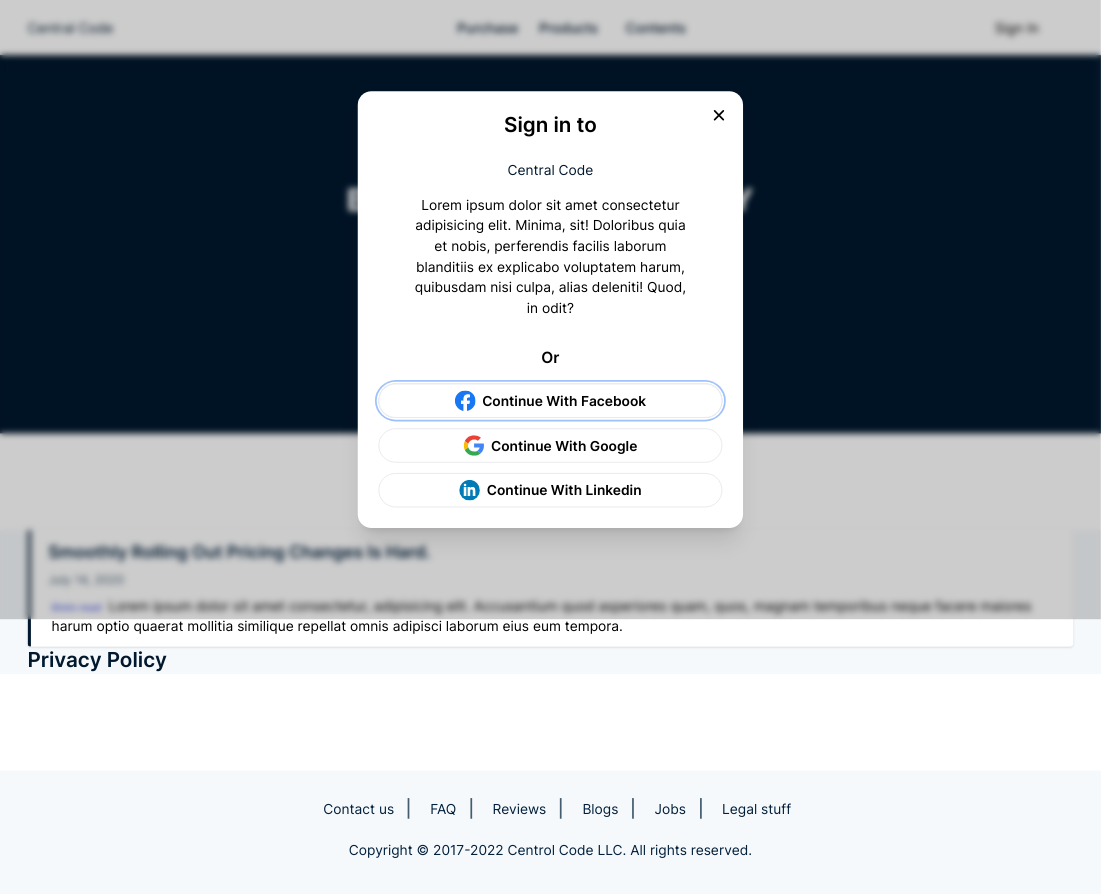
Repository: om1ars/Xjkey
Page: /privacy
These files come from the project's save history. The page is drawn as it stood at one moment and after the next save; the edit follows.
The browser window is 1280 px wide. The pictures show the whole page, at 86% of full size.
The project was rebuilt for these pictures with package versions that can differ from the ones it lists, and the page was loaded fresh each time. The framework's server and built-in components were replaced by stand-ins that run in the browser. Also part of the build but not shown: next.config.js.

Above is the page before, as saved 2022-03-20 23:36:25.

### src/pages/_app.tsx
import "@/css/fonts.css";
// Import Swiper styles
import "swiper/css";
import "swiper/css/free-mode";
import "swiper/css/scrollbar";
import "swiper/css/navigation";
//
import "@/css/main.scss";
import type { AppProps } from "next/app";
import { ThemeProvider } from "next-themes";
import { Header } from "@/components/Header";
import DefaultLayout from "@/layouts/DefaultLayout";
import Head from "next/head";

function MyApp({ Component, pageProps }: AppProps) {
  return (
    <>
      <Head>
        <link
          rel="stylesheet"
          href="https://cdn.jsdelivr.net/gh/devicons/devicon@latest/devicon.min.css"
        />
      </Head>
      <ThemeProvider attribute="class" defaultTheme="system">
        <DefaultLayout>
          <Component {...pageProps} />
        </DefaultLayout>
      </ThemeProvider>
    </>
  );
}

export default MyApp;

### src/pages/_document.tsx
import NextDocument, {
  Html,
  Head,
  Main,
  NextScript,
  DocumentContext,
} from 'next/document';

export default class Document extends NextDocument {
  static async getInitialProps(ctx: DocumentContext) {
    const initialProps = await NextDocument.getInitialProps(ctx);
    return { ...initialProps };
  }

  render() {
    return (
      <Html lang='en' className='dark'>
        <Head>
          <link href='/favicons/site.webmanifest' rel='manifest' />
          <link href='/favicons/favicon.ico' rel='shortcut icon' />
          <link
            href='/favicons/apple-touch-icon.png'
            rel='apple-touch-icon'
            sizes='180x180'
          />
          <link
            href='/favicons/favicon-32x32.png'
            rel='icon'
            sizes='32x32'
            type='image/png'
          />
          <link
            href='/favicons/favicon-16x16.png'
            rel='icon'
            sizes='16x16'
            type='image/png'
          />
          <link
            rel='mask-icon'
            href='/favicons/safari-pinned-tab.svg'
            color='#6366f1'
          />
          <meta content='#ffffff' name='theme-color' />
          <meta content='#ffffff' name='msapplication-TileColor' />
          <meta
            content='/favicons/browserconfig.xml'
            name='msapplication-config'
          />
        </Head>
        <body className='dark:highlight-white/5 bg-neutral-100 text-slate-900 antialiased dark:bg-gray-800 dark:text-white'>
          <Main />
          <NextScript />
        </body>
      </Html>
    );
  }
}

### src/pages/privacy.tsx
import Hero from "@/components/HomeComponents/Hero";
import React from "react";

export default function Privacy() {
  return (
    <div>
      <Hero title="Boring Privacy Policy" subtitle="Because we gotta have it" />

      <main
        className="mx-auto max-w-screen-xl bg-whiteBg px-6 sm:px-8 "
        id="video-explanation"
      >
        <div className="mt-28 mb-28 space-y-20">
          <div className="rounded border-l-4 border-mainBg bg-white py-3 px-5 shadow transition-all hover:-translate-y-1 hover:shadow-lg">
            <div className="flex flex-row items-center justify-between">
              <div>
                <h6 className="text-xl font-semibold  text-textBold">
                  Smoothly Rolling Out Pricing Changes Is Hard.
                </h6>
                <h4 className="mt-2 mb-2  text-left text-sm text-textColor">
                  July 14, 2020
                </h4>
              </div>
              <div></div>
            </div>
            <div className="flex flex-row items-center justify-start text-left">
              <span className="mr-1"></span>
              <p>
                <span className="mr-2 text-xs  font-semibold  text-buttonBg">
                  6min read
                </span>
                <span>
                  Lorem ipsum dolor sit amet consectetur, adipisicing elit.
                  Accusantium quod asperiores quam, quos, magnam temporibus
                  neque facere maiores harum optio quaerat mollitia similique
                  repellat omnis adipisci laborum eius eum tempora.{" "}
                </span>
              </p>
            </div>
          </div>

          <span className="mt">
            <h1 className="text-2xl  font-semibold text-mainBg ">
              Privacy Policy
            </h1>
          <div>

          </div>
          </span>
        </div>
      </main>
    </div>
  );
}

### src/css/fonts.css
@font-face {
  font-family: "Inter var";
  font-weight: 100 900;
  font-display: swap;
  font-style: normal;
  font-named-instance: "Regular";
  src: url("../fonts/Inter-roman-latin.var.woff2") format("woff2");
}

@font-face {
  font-family: "Inter var";
  font-weight: 100 900;
  font-display: swap;
  font-style: italic;
  font-named-instance: "Italic";
  src: url("../fonts/Inter-italic-latin.var.woff2") format("woff2");
}

### src/css/main.scss
@tailwind base;
@tailwind components;
@tailwind utilities;
@import "./flip-card.scss";
@import "node_modules/react-modal-video/scss/modal-video.scss";

@layer base {
  .dark {
    color-scheme: dark;
  }
}

/* styling Swiper default navigations elements */
.swiper-button-next {
  background-color: theme("colors.white");
  height: 40px;
  width: 40px;
  border-radius: 100px;
  box-shadow: theme("boxShadow.lg");
  transition: all;
  transition-duration: 150ms;
}

html.dark .swiper-button-next {
  background-color: theme("colors.mainBg");
}

.swiper-button-next:hover {
  background-color: theme("colors.mainBg");
}

html.dark .swiper-button-next:hover {
  background-color: theme("colors.mainBg");
}

.swiper-button-next::after {
  color: black;
  font-size: 1rem;
  font-weight: bold;
}
html.dark .swiper-button-next::after {
  color: theme("colors.white");
}

.swiper-button-prev {
  background-color: theme("colors.white");
  height: 40px;
  width: 40px;
  border-radius: 100px;
  box-shadow: theme("boxShadow.lg");
  transition: all;
  transition-duration: 150ms;
}

html.dark .swiper-button-prev {
  background-color: theme("colors.mainBg");
}

.swiper-button-prev:hover {
  background-color: theme("colors.mainBg");
}

html.dark .swiper-button-prev:hover {
  background-color: theme("colors.mainBg");
}

.swiper-button-prev::after {
  color: black;
  font-size: 1rem;
  font-weight: bold;
}
html.dark .swiper-button-prev::after {
  color: theme("colors.white");
}

html.dark .swiper-scrollbar {
  background: rgb(255, 255, 255, 0.2);
}
html.dark .swiper-scrollbar-drag {
  background: rgb(255, 255, 255, 0.6);
}
/* end of styling Swiper default navigations elements */

.front_main_drop:hover .front_sub_drop {
  display: block;
}
.back_main_drop:hover .back_sub_drop {
  display: block;
}

::-webkit-scrollbar {
  width: 4px;
}

/* Handle */
::-webkit-scrollbar-thumb {
  background: #626ee3;
  border-radius: 6px;
}

/* Handle on hover */
::-webkit-scrollbar-thumb:hover {
  background: #535DC5;
}

### src/layouts/DefaultLayout.tsx
import Footer from "@/components/Footer";
import { Header } from "@/components/Header";
import React, { FC } from "react";

export default function DefaultLayout({ children }: any) {
  return (
    <div>
      <Header />
      <main>{children}</main>
      <Footer />
    </div>
  );
}

### src/components/HomeComponents/Hero.tsx
import React, { useEffect, useState } from "react";
import Image from "next/image";
import { Transition } from "@headlessui/react";
import { Button, IconButton } from "../Button";

const Hero = ({ title, subtitle }: any) => {
  const [showBanner, setShowBanner] = useState(true);
  return (
    <>
      <div className="relative h-[640px] w-full bg-mainBg text-white sm:h-[55vh] md:h-[440px]">
        {/* <Image
          src="/img/corporate.jpg"
          alt="corporate"
          layout="fill"
          objectFit="cover"
        /> */}
        <div className="absolute inset-0 bg-neutral-900/70">
          <div className="mx-auto max-w-screen-lg">
            <div className="m-6 min-h-[60px]">

            </div>
            <div className="mx-4  mt-16 flex flex-col items-center text-center">
              <h1 className="text-xl font-extrabold uppercase tracking-wide text-white sm:text-4xl md:text-3xl lg:text-4xl">
                {title}
              </h1>
              <span className="mt-6 text-xl text-white sm:text-2xl">
                {subtitle}
              </span>

              <div className="mt-8">
                {/* <SearchForm /> */}
              </div>
            </div>
          </div>
        </div>
      </div>
      {/* <HeroBottomCard /> */}
    </>
  );
};

export default Hero;

const HeroInnerBanner: React.FC<{ show: boolean; onClose: () => void }> = ({
  show,
  onClose,
}) => {
  return (
    <Transition
      show={show}
      enter="transition-opacity duration-75"
      enterFrom="opacity-0"
      enterTo="opacity-100"
      leave="transition-opacity duration-150"
      leaveFrom="opacity-100"
      leaveTo="opacity-0"
    >
      <div className="relative rounded bg-gradient-to-r from-purple-500 to-indigo-800 py-3 px-8 text-center text-white shadow-lg md:rounded-full">
        <p>
          Welcome to <span className="font-bold">HIREDLi</span>. An easier and
          faster job discovery platform.
        </p>
        <span className="absolute top-1 right-1 sm:top-2 sm:right-2">
          <IconButton
            aria-label="close banner"
            variant="ghost"
            size="sm"
            onClick={onClose}
          >
            <svg
              className="h-6 w-6"
              fill="none"
              viewBox="0 0 24 24"
              stroke="currentColor"
            >
              <path
                strokeLinecap="round"
                strokeLinejoin="round"
                strokeWidth={2}
                d="M6 18L18 6M6 6l12 12"
              />
            </svg>
          </IconButton>
        </span>
      </div>
    </Transition>
  );
};

const items = [
  "Algorithms adn DSA",
  "Advanced React.js",
  "Interview questions",
];

const SearchForm = () => {
  const [query, setQuery] = useState("");
  const [isDirty, setIsDirty] = useState(false);

  useEffect(() => {
    let index = 0;
    let interval = setInterval(() => {
      if (!isDirty) {
        let value = items[index >= items.length ? (index = 0) : index];
        setQuery(value);
      }
      index++;
    }, 2000);

    return () => {
      clearInterval(interval);
    };
  }, [isDirty]);

  return (
    <form
      className="group"
      onSubmit={(e) => {
        e.preventDefault();
      }}
    >
      <div
        id="form-control"
        className="flex items-center overflow-hidden rounded-full bg-white shadow-md group-focus-within:ring-2 group-focus-within:ring-indigo-400 group-focus-within:ring-offset-2 group-focus-within:ring-offset-transparent"
      >
        <span className="pointer-events-none block px-2 text-textBold group-focus-within:text-textBold">
          <svg
            className="h-6 w-6"
            fill="none"
            viewBox="0 0 24 24"
            stroke="currentColor"
          >
            <path
              strokeLinecap="round"
              strokeLinejoin="round"
              strokeWidth={2}
              d="M21 21l-6-6m2-5a7 7 0 11-14 0 7 7 0 0114 0z"
            />
          </svg>
        </span>
        <input
          className="w-full outline-none border-none appearance-none border-transparent p-2 text-xl leading-6 text-textBold placeholder-textBold focus:border-transparent focus:ring-0"
          type="text"
          aria-label="Search input"
          placeholder="Search for anything"
          onClick={() => {
            if (!isDirty) {
              setIsDirty(true);
              setQuery("");
            }
          }}
          value={query}
          onChange={(e) => setQuery(e.target.value)}
        />
        <button
          type="submit"
          className="hidden h-11 shrink-0  bg-buttonBg px-2 font-semibold text-white transition-colors duration-500 ease-in-out hover:bg-buttonHover sm:block"
        >
          Discover Now
        </button>
      </div>
      <Button size="lg" type="submit" className="mt-8 sm:hidden">
        Discover Now
      </Button>
    </form>
  );
};

### src/css/flip-card.scss
.algo_flip_card_container {
  width: 100%;
  padding: 40px;
  height: 100%;
  background: #02203c;
  //   display: flex;
  justify-content: center;
  align-items: center;
}
.services-box {
  display: flex;
  justify-content: center;
  align-items: center;
  flex-wrap: wrap;
}

.service {
  margin: 8px;
}

.flip-box {
  background-color: transparent;
  width: 300px;
  height: 200px;
  //   border: 1px solid #15314b;
  border-radius: 10px;
  perspective: 1000px;
}

.flip-box-inner {
  position: relative;
  width: 100%;
  height: 100%;
  text-align: center;
  transition: transform 0.4s;
  transform-style: preserve-3d;

  display: flex;
  justify-content: center;
  align-items: center;
}

.flip-box:hover .flip-box-inner {
  transform: rotateY(180deg);
}

.flip-box-front,
.flip-box-back {
  position: absolute;
  width: 100%;
  height: 100%;
  -webkit-backface-visibility: hidden;
  backface-visibility: hidden;

  display: flex;
  justify-content: center;
  align-items: center;
  flex-direction: column;
}

.flip-box-front {
  background-color: #15314b;
  color: white;
  border-radius: 4px;
}


.flip-box-front img {
  height: 50px;
  width: 50px;
}

.flip-box-back {
  background-color: #15314b;
  color: white;
  transform: rotateY(180deg);
  border-radius: 4px;
  padding: 16px;
}

### src/components/Footer.tsx
import Link from "next/link";
import React from "react";

export default function Footer() {
  return (
    <div>
      <div className="mt-10 flex flex-col items-center justify-center bg-whiteBg pl-48 pr-48 pt-8 pb-10 text-textBold">
        <div className="sm:flex sm:flex-wrap md:flex md:flex-wrap lg:flex ">
          <div className="ml-4 flex ">
            <span className="mr-2 ml-2">
              <Link href="/help">Contact us</Link>
            </span>
            <div className=" ml-2 w-0.5 bg-textColor"></div>
          </div>
          <div className="ml-4 flex ">
            <span className="mr-2 ml-2">
              <Link href="/help">FAQ</Link>
            </span>
            <div className=" ml-2 w-0.5 bg-textColor"></div>
          </div>
          <div className="ml-4 flex ">
            <span className="mr-2 ml-2">Reviews</span>
            <div className=" ml-2 w-0.5 bg-textColor"></div>
          </div>
          <div className="ml-4 flex ">
            <span className="mr-2 ml-2">
              <Link href="/blog">Blogs</Link>
            </span>
            <div className=" ml-2 w-0.5 bg-textColor"></div>
          </div>
          <div className="ml-4 flex ">
            <span className="mr-2 ml-2">Jobs</span>
            <div className=" ml-2 w-0.5 bg-textColor"></div>
          </div>
          <div className="ml-4 flex ">
            <span className="mr-2 ml-2 ">
              <Link href="/privacy">Legal stuff</Link>
            </span>
          </div>
        </div>
        <div className="mt-6">
          <span>
            Copyright © 2017-2022 Centrol Code LLC. All rights reserved.
          </span>
        </div>
      </div>
    </div>
  );
}

### src/components/Button/index.tsx
import React, { forwardRef } from "react";
import { __DEV__ } from "@/utils/assertions";

type BaseButtonProps = Omit<React.HTMLProps<HTMLButtonElement>, "size">;

/* === Button Element === */

export interface ButtonProps extends BaseButtonProps {
  children: React.ReactNode;
  fullWidth?: boolean;
  className?: string;
  variant?: "solid" | "outline" | "ghost";
  size?: "sm" | "md" | "lg";
  as?: string;
  isExternal?: boolean;
  type?: "button" | "submit" | "reset";
}

export const Button = forwardRef<HTMLButtonElement, ButtonProps>(
  (
    {
      children,
      variant = "solid",
      size = "md",
      fullWidth = false,
      className,
      as = "button",
      isExternal = false,
      ...rest
    },
    ref
  ) => {
    let tempClassNames: string[] = [];

    const sharedClasses = [
      "capitalize",
      "focus:outline-none",
      "focus:ring-2",
      "focus:ring-sky-400",
      "focus:ring-offset-2",
      "focus:ring-offset-sky-50",
      "font-semibold",
      "rounded-full",
      "inline-flex",
      "flex-shrink-0",
      "items-center",
      "justify-center",
      "transition-colors",
      "ease-in-out",
      "duration-500",
    ];

    if (fullWidth) sharedClasses.push("w-full");

    // handle variants
    let btnSolid = ["bg-sky-600", "hover:bg-sky-700", "text-white"];
    let btnOutline = [
      "dark:text-white",
      "hover:text-sky-700",
      "hover:dark:text-sky-700",
      "bg-transparent",
      "hover:bg-sky-50",
      "border",
      "border-sky-600",
    ];
    let btnGhost = [
      "bg-transparent",
      "dark:text-white",
      "hover:bg-sky-50",
      "hover:text-sky-700",
      "hover:dark:text-sky-700",
    ];

    if (variant === "solid") {
      tempClassNames = [...sharedClasses, ...btnSolid];
    } else if (variant === "outline") {
      tempClassNames = [...sharedClasses, ...btnOutline];
    } else if (variant === "ghost") {
      tempClassNames = [...sharedClasses, ...btnGhost];
    }

    // handle sizes
    let sizeSm = ["h-8", "px-2", "text-sm"];
    let sizeMd = ["h-10", "px-3"];
    let sizeLg = ["h-12", "px-4", "text-lg"];

    if (size === "sm") {
      tempClassNames = [...tempClassNames, ...sizeSm];
    } else if (size === "md") {
      tempClassNames = [...tempClassNames, ...sizeMd];
    } else if (size === "lg") {
      tempClassNames = [...tempClassNames, ...sizeLg];
    }

    let classes = tempClassNames.join(" ");

    let Element = as ? (
      React.createElement(
        as,
        {
          className: `${classes} ${className}`,
          target: isExternal ? "_blank" : undefined,
          rel: isExternal ? "noopener noreferrer" : undefined,
          ref,
          ...rest,
        },
        children
      )
    ) : (
      <button {...rest} className={`${classes} ${className}`} ref={ref}>
        {children}
      </button>
    );

    return Element;
  }
);

if (__DEV__) {
  Button.displayName = "Button";
}

/* === IconButton Element === */

export interface IconButtonProps extends ButtonProps {
  icon?: React.ReactElement;
  "aria-label": string;
}

export const IconButton = forwardRef<HTMLButtonElement, IconButtonProps>(
  (
    {
      children,
      icon,
      className,
      "aria-label": ariaLabel,
      size = "md",
      ...rest
    },
    ref
  ) => {
    let sharedClasses = ["rounded-full", "!px-0"];

    // handle sizes
    let sizeSm = ["w-8"];
    let sizeMd = ["w-10"];
    let sizeLg = ["w-12"];

    if (size === "sm") {
      sharedClasses = [...sharedClasses, ...sizeSm];
    } else if (size === "md") {
      sharedClasses = [...sharedClasses, ...sizeMd];
    } else if (size === "lg") {
      sharedClasses = [...sharedClasses, ...sizeLg];
    }

    /**
     * Passing the icon as prop or children should work
     */
    const element = icon || children;
    const _children = React.isValidElement(element)
      ? React.cloneElement(element as any, {
          "aria-hidden": true,
          focusable: false,
        })
      : null;

    let classes = sharedClasses.join(" ");
    return (
      <Button
      className={`${classes} ${className}`}
        aria-label={ariaLabel}
        size={size}
        {...rest}
        ref={ref}
      >
        {_children}
      </Button>
    );
  }
);

if (__DEV__) {
  IconButton.displayName = "IconButton";
}

### src/components/Logo.tsx
import clsx from "clsx";
import React from "react";

export default function Logo() {
  return (
    <span
      className='text-mainBg'
    >
      Central Code
    </span>
  );
}

### src/utils/assertions.ts
export const __DEV__ = process.env.NODE_ENV !== "production";

Loaded but not shown: tailwind.config.js (40 lines, source omitted); src/components/Header.tsx (386 lines, source omitted); src/components/HomeComponents/AuthenticationDialog.tsx (206 lines, source omitted); src/components/ThemeToggle.tsx (220 lines, source omitted)

After the next save:
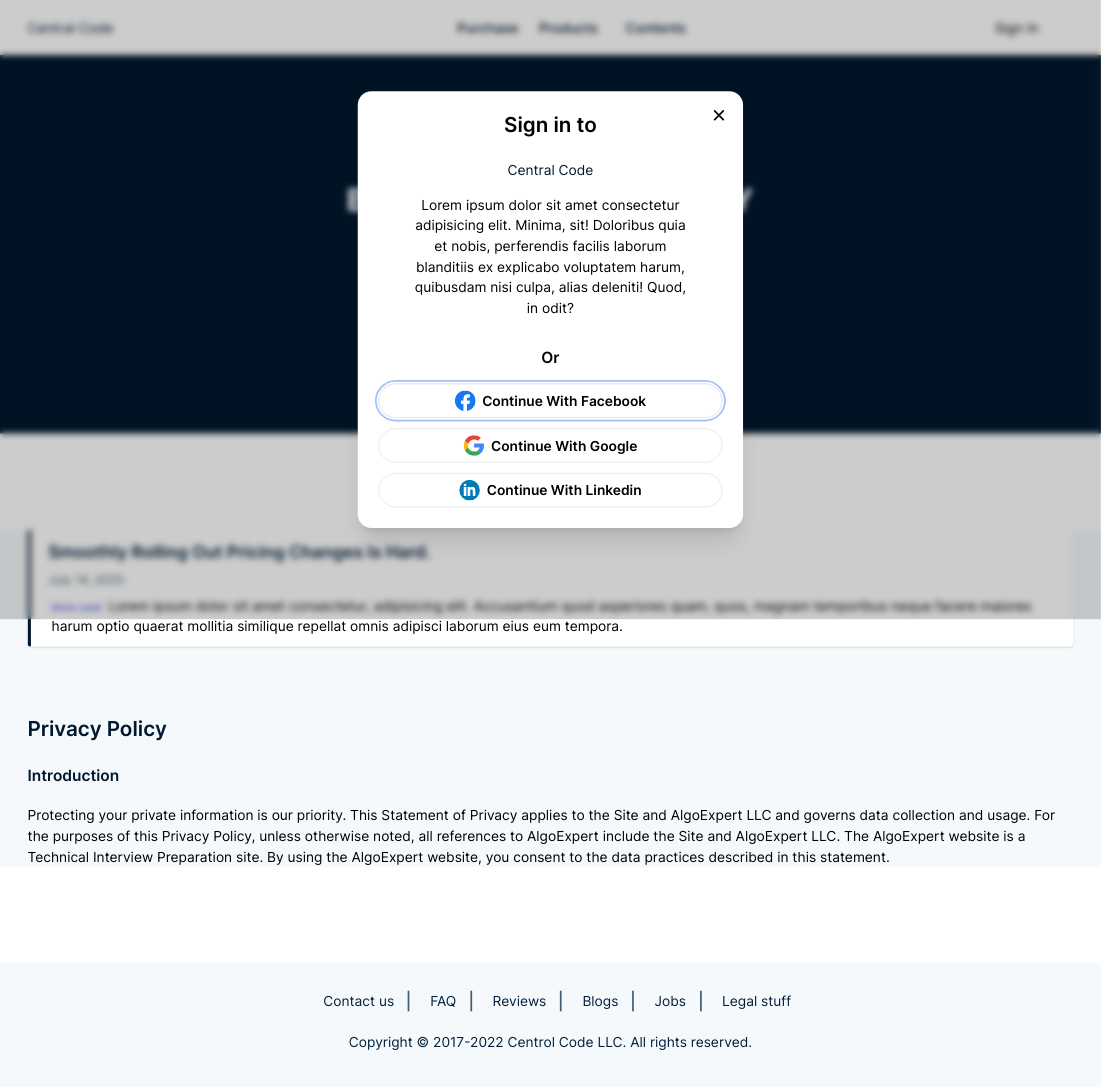
Saved 6 s later.
--- a/src/pages/privacy.tsx
+++ b/src/pages/privacy.tsx
@@ -39,14 +39,26 @@ export default function Privacy() {
             </div>
           </div>
 
-          <span className="mt">
+          <div className="mt-4">
             <h1 className="text-2xl  font-semibold text-mainBg ">
               Privacy Policy
             </h1>
-          <div>
-
+            <div className="mt-6">
+              <span className="mt-4  text-lg font-semibold text-mainBg">
+                Introduction
+              </span>
+              <p className="text mt-5">
+                Protecting your private information is our priority. This
+                Statement of Privacy applies to the Site and AlgoExpert LLC and
+                governs data collection and usage. For the purposes of this
+                Privacy Policy, unless otherwise noted, all references to
+                AlgoExpert include the Site and AlgoExpert LLC. The AlgoExpert
+                website is a Technical Interview Preparation site. By using the
+                AlgoExpert website, you consent to the data practices described
+                in this statement.
+              </p>
+            </div>
           </div>
-          </span>
         </div>
       </main>
     </div>
